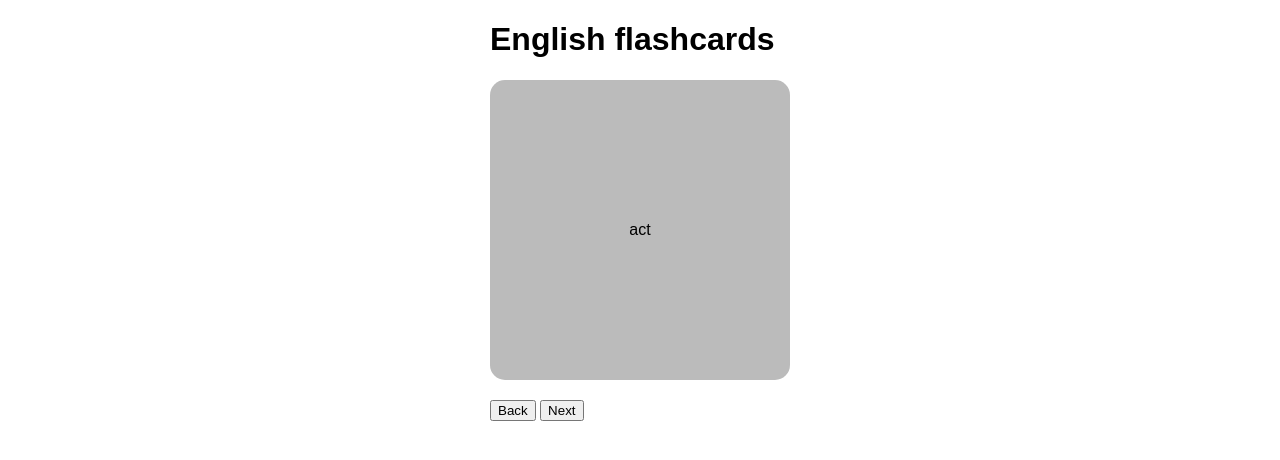
Repository: AdrianGizycki/English-Flashcards
Page: index.html
These files come from the project's save history. The page is drawn as it stood at one moment and after a run of saves; the edit follows.
The browser window is 1280 px wide. The pictures show the whole page.

Above is the page before, as saved 2019-09-15 15:25:12.

### index.html
<!DOCTYPE html>
<html lang="en">
<head>
    <meta charset="UTF-8">
    <meta name="viewport" content="width=device-width, initial-scale=1.0">
    <meta http-equiv="X-UA-Compatible" content="ie=edge">
    <link rel="stylesheet" type="text/css" href="style.css">
    <title>English Flashcards</title>
</head>
<body>
    <div class="mainDiv">
        <div>
            <h1> English flashcards</h1>
            <div class="flip-card">
                <div class="flip-card-inner" id="rot">
                    <div class="flip-card-front">
                        <div class="divContents1"></div>
                    </div>
                    <div class="flip-card-back">
                        <div class="divContents2"></div>
                    </div>
                </div>
                <button class="btn1">Back</button>
                <button class="btn2">Next</button>

            </div>
    </div>
    </div>

    <script src="app.js" type="text/javascript"></script>
</body>
</html>

### style.css
body {
    font-family: Arial, Helvetica, sans-serif;
    height: 100%;
    padding: 0;
    margin: 0;
    box-sizing: border-box;
  }
  .mainDiv {
    height: 100%;
    width: 100%;
    display: flex;
    justify-content: center;
    justify-items: center;
  }

  .flip-card {
    background-color: transparent;
    width: 300px;
    height: 300px;
    perspective: 1000px;
    border-radius: 5%;

  }

  .flip-card-inner {
    position: relative;
    width: 100%;
    height: 100%;
    text-align: center;
    transition: transform 1s;
    transform-style: preserve-3d;
    /* box-shadow: 0 4px 8px 0 rgba(0, 0, 0, 0.5); */
  }

  .flip-card:hover .flip-card-inner {
    transform: rotateY(180deg);
  }

  .flip-card-front,
  .flip-card-back {
    position: absolute;
    width: 100%;
    height: 100%;
    backface-visibility: hidden;
    display: flex;
    align-items: center;
    justify-content: center;
  }

  .flip-card-front {
    background-color: #bbb;
    color: black;
    border-radius: 5%;
  }

  .flip-card-back {
    background-color: #2980b9;
    color: white;
    transform: rotateY(180deg);
    border-radius: 5%;
  }

  .btn1,
  .btn2,
  .btn3 {
      margin-top: 20px;
  }

### app.js
const englishWords = ['above', 'across', 'act',]
const polishWords = ['powyżej / nad / u góry', 'przez coś', 'akt / czyn / działanie']
if (englishWords !== polishWords) {
    console.log('ok')
} else {
    console.log('not ok')
}
// const englishWords = ['above', 'across', 'act', 'ahead', 'along',]
//  'among', 'amount', 'any', 'anyone', 'appear', 'approach', 'arms', 'around', 'art', 'as', 'attack', 'attempt', 'august', 'autumn', 'away', 'base', 'bear', 'become', 'began', 'beginning', 'behind', 'believe', 'belong', 'below', 'beyound', 'bill', 'bit', 'block', 'blood', 'blow', 'board', 'bottom', 'branch', 'break', 'bridge', 'bright', 'building', 'burn', 'capital', 'carry', 'case', 'cause', 'central', 'centre', 'century', 'certain', 'certainly', 'claim', 'coat', 'common', 'complete', 'concern', 'conditio', 'consider', 'continue', 'control', 'corner', 'count'];
// const polishWords = ['powyżej / nad / u góry', 'przez coś', 'akt / czyn / działanie', 'przed', 'wzdłuż', 'między / pośród', 'ilość', 'jakikolwiek', 'nikt', 'pojawić się', 'podejście', 'herb / uzbrojony', 'wokół / dookoła / w pobliżu', 'sztuka', 'jako/ tak jak', 'atak', 'próba', 'sierpień', 'jesień', 'od /daleko / z dala / z daleka', 'podstawa', 'niedźwiedź', 'zostać', 'rozpoczął', 'początek', 'za / z tyłu', 'wierzyć', 'należeć', 'poniżej', 'poza', 'za (czymś)', 'po drugiej stronie (czegoś)', 'dalej', 'projekt ustawy', 'rachunek', 'kawałek', 'klocek', 'krew', 'cios / dmuchać / wiać', 'deska', 'dolny', 'oddział / gałąź / rozgałęzienie', 'most', 'jasny', 'budynek', 'oparzenie', 'stolica', 'nieść', 'przypadek / walizka', 'przyczyna / powód', 'centralny / środkowy', 'środek', 'wiek', 'pewny', 'rzeczywiście / z pewnością / na pewno', 'roszczenie', 'sierść / powlekać / płaszcz / okrywać cienką warstwą', 'pospolity', 'cały / całkowity / pełny', 'troska', 'warunek', 'rozważać', 'kontynuować', 'kontrola', 'róg / narożnik', 'liczba / liczyć się']
const divContents1 = document.querySelector(".divContents1");
const divContents2 = document.querySelector(".divContents2");
const btnBeck = document.querySelector(".btn1");
const btnNext = document.querySelector(".btn2");
const btnToggle = document.querySelector(".btn3");
const visCard = document.querySelector(".flip-card-front");
const unvisCard = document.querySelector(".flip-card-back");
const flipCard = document.querySelector('#rot');
const max = englishWords.length;
const min = 0


var counter = Math.floor(Math.random() * (max - min)) + min;
console.log(counter);
divContents1.innerText = englishWords[counter];
divContents2.innerText = polishWords[counter];


btnNext.addEventListener('click', function(){
    if (counter === max - 1) {
        counter = -1;
    }
    counter++;
  divContents1.innerText = englishWords[counter];
  divContents2.innerText = polishWords[counter];
  console.log(counter);

});

btnBeck.addEventListener('click', function(){
  counter--;
  if (counter === -1) {
    counter = max - 1;
  }
  divContents1.innerText = englishWords[counter];
  divContents2.innerText = polishWords[counter];
  console.log(counter);

});

// flipCard.addEventListener('click', () => {
//     console.log("test");
//     flipCard.
// });

After the next 2 saves:
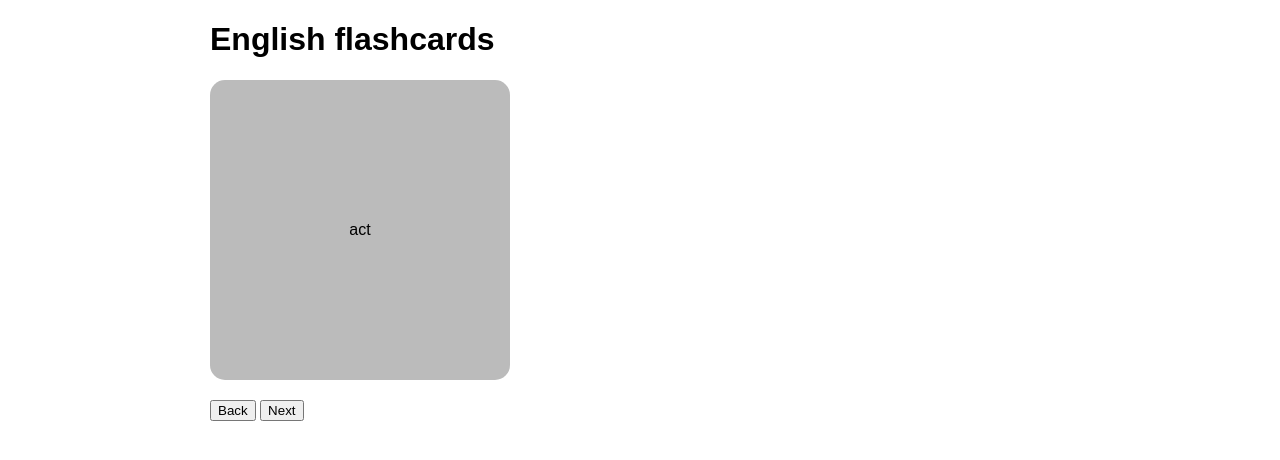
The 2 saves are shown as one change because they came seconds apart.
The last was saved 58 s later.
--- a/style.css
+++ b/style.css
@@ -7,7 +7,7 @@
   }
   .mainDiv {
     height: 100%;
-    width: 100%;
+    width: 100vh;
     display: flex;
     justify-content: center;
     justify-items: center;

After the save that followed:
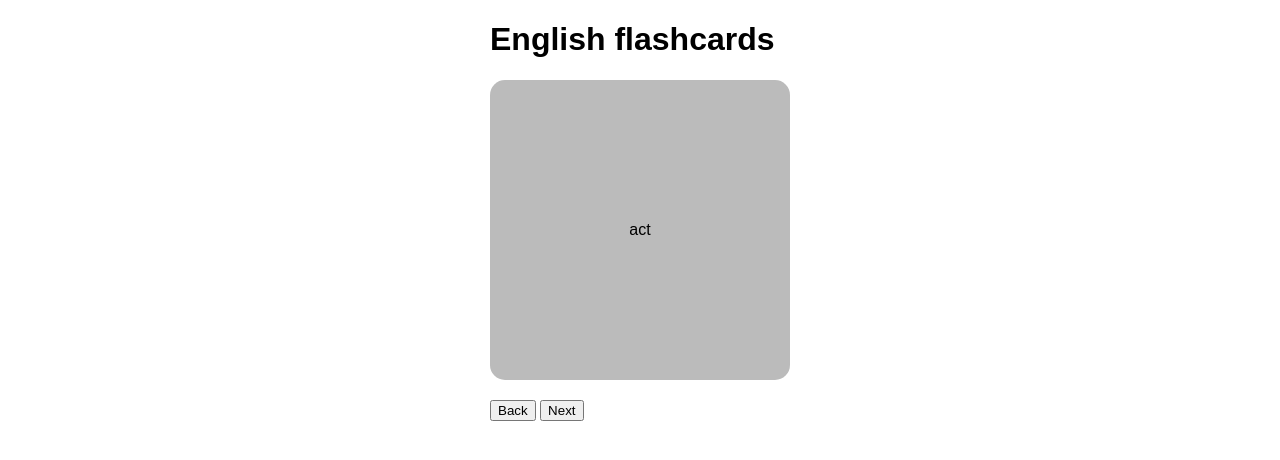
Saved 13 s later.
--- a/style.css
+++ b/style.css
@@ -7,7 +7,7 @@
   }
   .mainDiv {
     height: 100%;
-    width: 100vh;
+    width: auto;
     display: flex;
     justify-content: center;
     justify-items: center;
